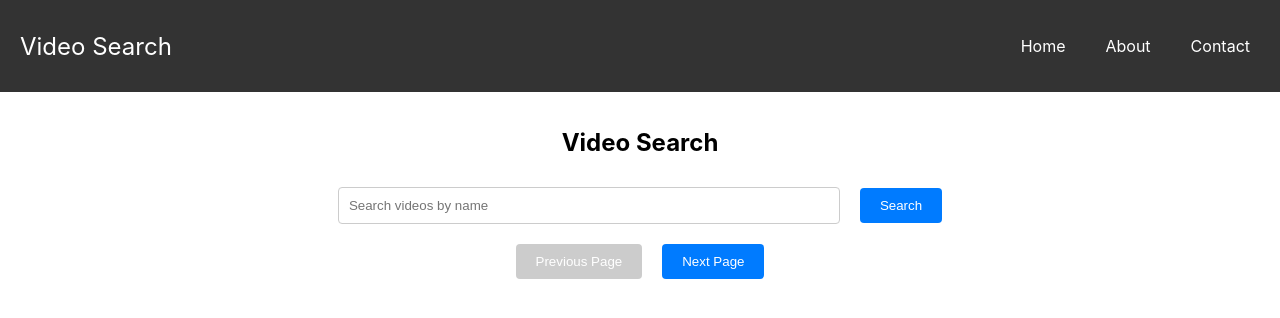
Repository: LolaSL/video-search
Page: /
The author's editor kept a copy of each file at every save. The page is drawn from the files as they stood at one save, then again after the next save.
The browser window is 1280 px wide. The pictures show the whole page.
The project was rebuilt for these pictures with package versions that can differ from the ones it lists, and the page was loaded fresh each time.

Above is the page before, as saved 2023-08-12 13:36:36.

### src/App.js
import React from 'react';
import './App.css';
import VideoSearch from './VideoSearch';
import Navbar from './Navbar';
import { BrowserRouter as Router } from 'react-router-dom';

function App() {
  return (
    <Router>
      <div className="App">
        <Navbar />
        <div className="container">
          <VideoSearch />
        </div>
      </div>
    </Router>
  );
}

export default App;

### src/App.css
.App {
  text-align: center;
}

.container {
  max-width: 800px;
  margin: 0 auto;
  padding: 20px;
}

h1 {
  font-size: 24px;
  margin-bottom: 20px;
}

input[type="text"] {
  padding: 10px;
  width:60%;
  margin: 10px;
  border: 1px solid #ccc;
  border-radius: 4px;
}

button {
  margin: 10px;
  padding: 10px 20px;
  background-color: #007bff;
  color: #fff;
  border: none;
  border-radius: 4px;
  cursor: pointer;
}

button:disabled {
  background-color: #ccc;
  cursor: not-allowed;
}

iframe {
  width: 100%;
  height: 415px;
  border: none;
  margin-top: 15px;
}

.video-item {
  margin: 20px 0;
  padding: 20px;
  border: 1px solid #ccc;
  border-radius: 4px;
}

.video-title {
  font-size: 18px;
  margin-bottom: 10px;
}

.pagination {
  margin-top: 20px;
}

.pagination button {
  margin-right: 10px;
}
/* Navbar styles */
.navbar {
  display: flex;
  justify-content: space-between;
  align-items: center;
  padding: 10px 20px;
  background-color: #333;
  color: white;
}

.navbar-logo {
  font-size: 1.5rem;
}

.nav-toggle {
  display: none;
  background: none;
  border: none;
  color: white;
  font-size: 1rem;
  cursor: pointer;
}

.navbar-nav {
  list-style: none;
  display: flex;
  gap: 20px;
}

.nav-item {
  padding: 10px;
}

.nav-link {
  color: white;
  text-decoration: none;
}

/* Show the navigation links when the navbar is open */
.navbar-nav.open {
  display: flex;
  flex-direction: column;
  position: absolute;
  background-color: #333;
  top: 55px;
  right: 20px;
  z-index: 1000;
}


@media screen and (max-width: 768px) {

  .container {
    padding: 10px;
    margin: 30px;
  }

  input[type="text"] {
    width:80%;
    margin: 20px;
    margin-bottom: 10px;
  }

  button {
    width: 50%;
    margin-bottom: 10px;
  }

  .video-item {
    padding: 10px;
    margin: 10px 20px;
  }

  .pagination {
    text-align: center;
  }
}

### src/VideoSearch.jsx
import React, { useState } from 'react';
import axios from 'axios';

const API_KEY = 'AIzaSyAZw_7fp6hzKHZ_UNfC9jRiNJBWZQnTOmM';
const CHANNEL_ID = 'CSgDjZ_Vv8g';
const RESULTS_PER_PAGE = 10;


const VideoSearch = () => {
    const [videos, setVideos] = useState([]);
    const [searchTerm, setSearchTerm] = useState('');
    const [currentPage, setCurrentPage] = useState(1);

    const searchVideos = async () => {
      try {
        const response = await axios.get(
          `https://www.googleapis.com/youtube/v3/search?key=${API_KEY}&channelId=${CHANNEL_ID}&part=snippet,id&type=video&q=${searchTerm}&maxResults=${RESULTS_PER_PAGE}&pageToken=${currentPage > 1 ? videos.length : ''}`
        );

        setVideos(response.data.items);
      } catch (error) {
        console.error('Error fetching videos:', error);
      }
    };

    const handlePageChange = (newPage) => {
      setCurrentPage(newPage);
      searchVideos();
    };

    return (
      <div>
        <h1>Video Search</h1>
        <input
          type="text"
          placeholder="Search videos by name"
          value={searchTerm}
          onChange={(e) => setSearchTerm(e.target.value)}
        />
        <button onClick={() => handlePageChange(1)}>Search</button>

        <div>
          {videos.map((video) => (
            <div key={video.id.videoId}>
              <h2>{video.snippet.title}</h2>
              <iframe
                title={video.snippet.title}
                width="560"
                height="415"
                src={`https://www.youtube.com/embed/${video.id.videoId}`}
                // frameBorder="0"
                allowFullScreen
              ></iframe>
            </div>
          ))}
        </div>

        <div>
          <button
            onClick={() => handlePageChange(currentPage - 1)}
            disabled={currentPage === 1}
          >
            Previous Page
          </button>
          <button onClick={() => handlePageChange(currentPage + 1)}>Next Page</button>
        </div>
      </div>
    );
  };

  export default VideoSearch;

### src/Navbar.jsx
import React, { useState } from 'react';
import { Link } from 'react-router-dom';

const Navbar = () => {
  const [isNavOpen, setIsNavOpen] = useState(false);

  const toggleNav = () => {
    setIsNavOpen(!isNavOpen);
  };

  return (
    <nav className="navbar">
      <div className="navbar-brand">
        <span className="navbar-logo">Video Search</span>
      </div>
      <button className="nav-toggle" onClick={toggleNav}>
        {isNavOpen ? 'Close' : 'Open'}
      </button>
      <ul className={`navbar-nav ${isNavOpen ? 'open' : ''}`}>
        <li className="nav-item">
          <Link to="/" className="nav-link">Home</Link>
        </li>
        <li className="nav-item">
          <Link to="/about" className="nav-link">About</Link>
        </li>
        <li className="nav-item">
          <Link to="/contact" className="nav-link">Contact</Link>
        </li>
      </ul>
    </nav>
  );
};

export default Navbar;

Loaded but not shown: public/index.html (common file); src/index.js (common file); src/index.css (common file); src/reportWebVitals.js (common file)

After the next save:
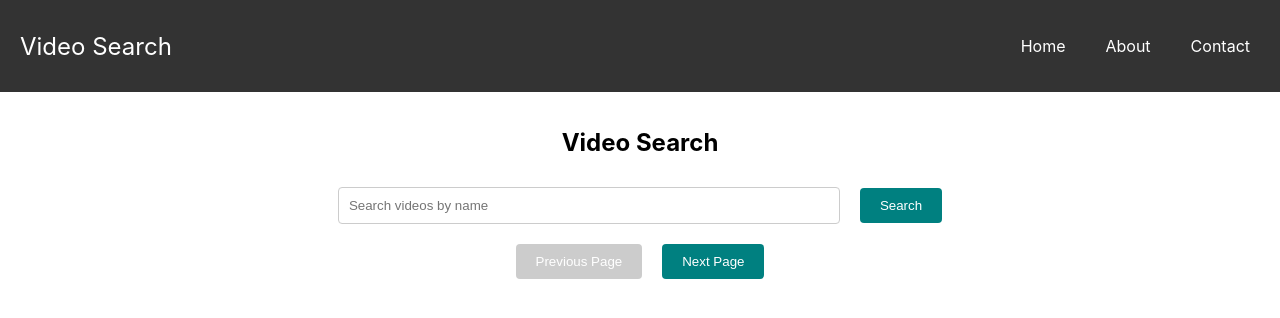
Saved 23 s later.
--- a/src/App.css
+++ b/src/App.css
@@ -24,7 +24,8 @@ input[type="text"] {
 button {
   margin: 10px;
   padding: 10px 20px;
-  background-color: #007bff;
+  color: white;
+  background: teal;
   color: #fff;
   border: none;
   border-radius: 4px;
